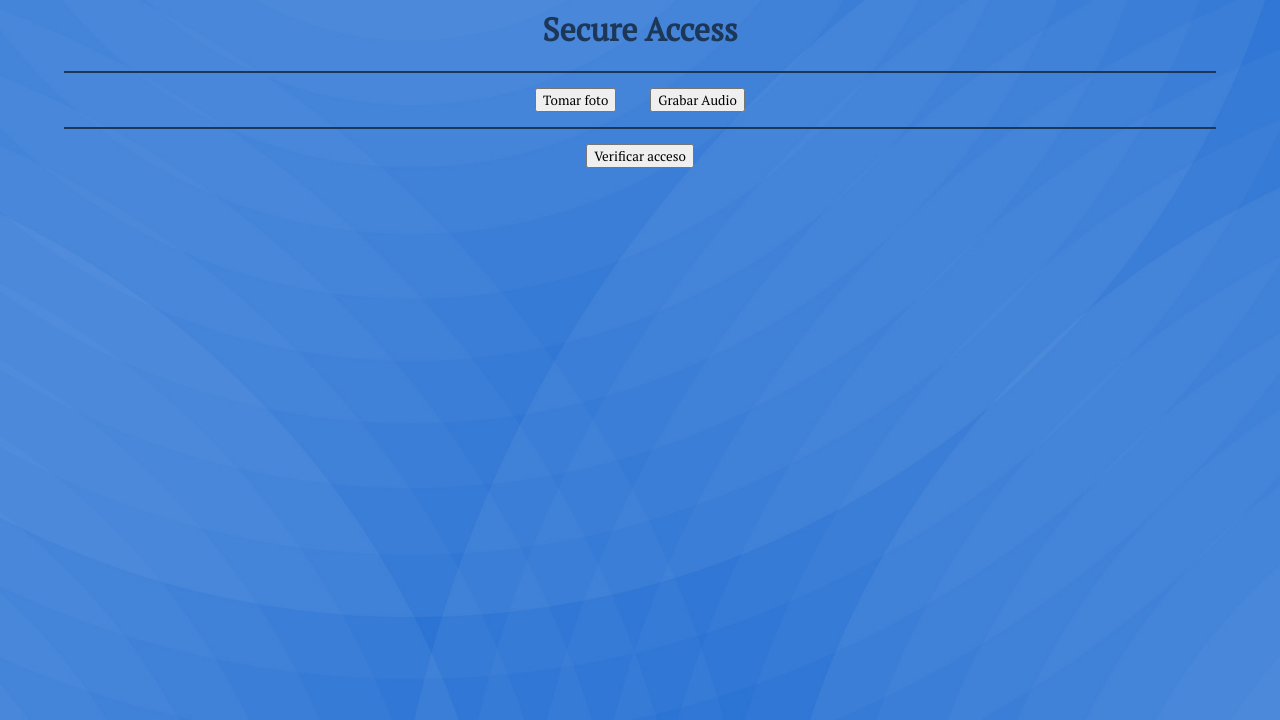
Repository: dabarreiroh/SECURE-ACCESS
Page: accessecure/templates/home/index.html
These files come from the project's save history. The page is drawn as it stood at one moment and after the next save; the edit follows.
The browser window is 1280 px wide. The pictures show the whole page.

Above is the page before, as saved 2020-03-16 23:30:14.

### accessecure/templates/home/index.html
<html>
    <head>
        <link rel="stylesheet" href="./../../static/admin/css/index/index.css">
        <link href="https://fonts.googleapis.com/css?family=PT+Serif&display=swap" rel="stylesheet">

    </head>
<body>

<h1>Secure Access</h1>

<div class="options">
    <input type="button" value="Tomar foto" onClick="window.location.href='photo'">
    <input type="button" value="Grabar Audio" onClick="window.location.href='audio'">
</div>


<div>
    <input type="button" value="Verificar acceso" onClick="window.location.href='verified'">
</div>

</body>
</html>

### accessecure/static/admin/css/index/index.css
*{
    text-align: center;
    font-family: 'PT Serif', serif;
}

body{
    background-image: url(../../img/background.jpg);
    background-size: cover;
}

h1{
    color: #1D3759;
    /* color: #072D5C; */
}

.options{
    border: solid #1D3759;
    border-width: 2px 0px;
    width: 90vw;
    margin: 0 auto;
}

input{
    margin: 15px;
}

After the next save:
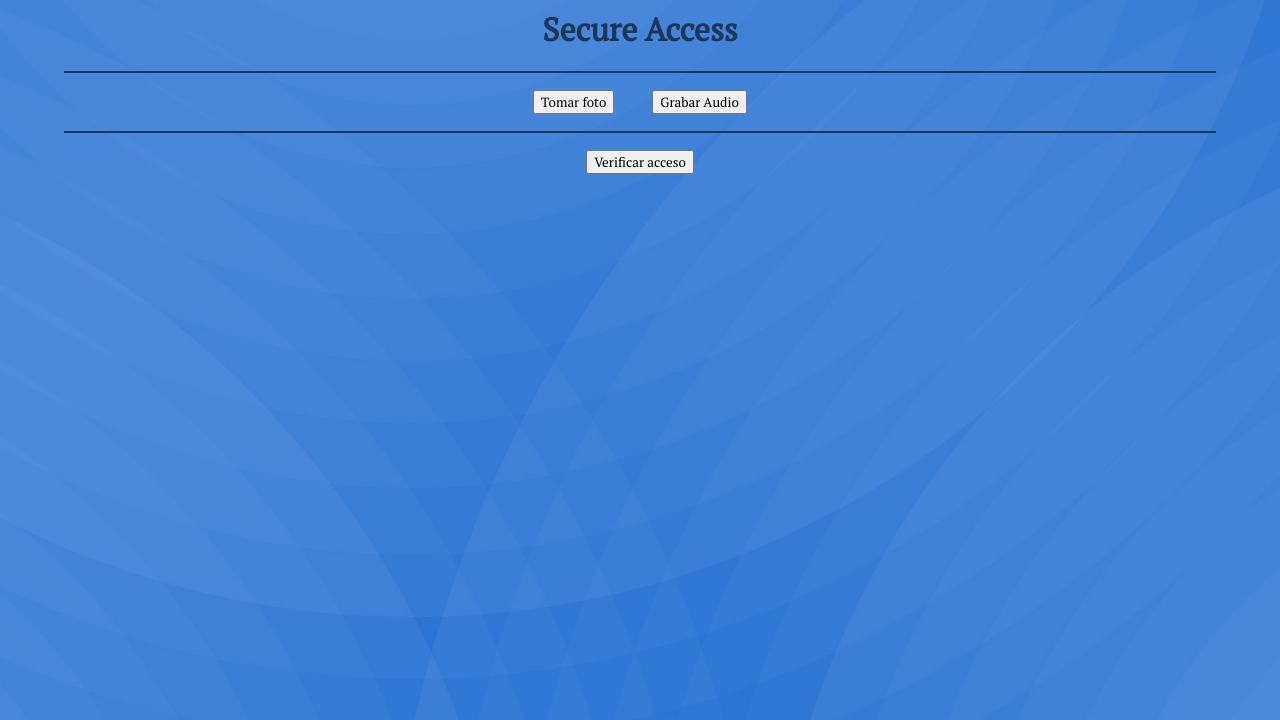
Saved 14 s later.
--- a/accessecure/static/admin/css/index/index.css
+++ b/accessecure/static/admin/css/index/index.css
@@ -21,5 +21,5 @@ h1{
 }
 
 input{
-    margin: 15px;
+    margin: 17px;
 }
